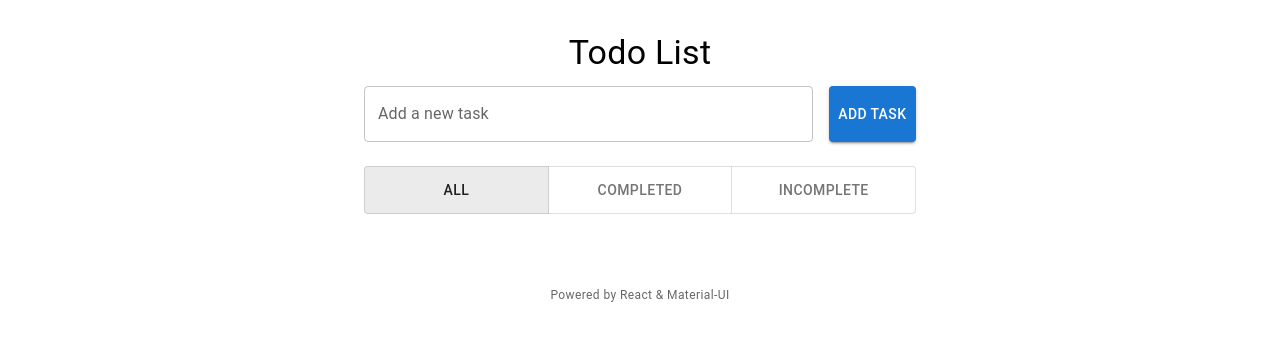
Repository: tobiaskoira/simple_web_service
Page: / (app in client/)
An editor plug-in stored every save of this project. The page is shown before and after a run of saves, followed by the edit.
The browser window is 1280 px wide. The pictures show the whole page.
The page's requests for data from a server got no answer. The project was rebuilt for these pictures with package versions that can differ from the ones it lists, and the page was loaded fresh each time. No one was signed in, and anything a server would have sent is missing.

Above is the page before, as saved 2024-12-22 23:21:44.

After the next 6 saves:
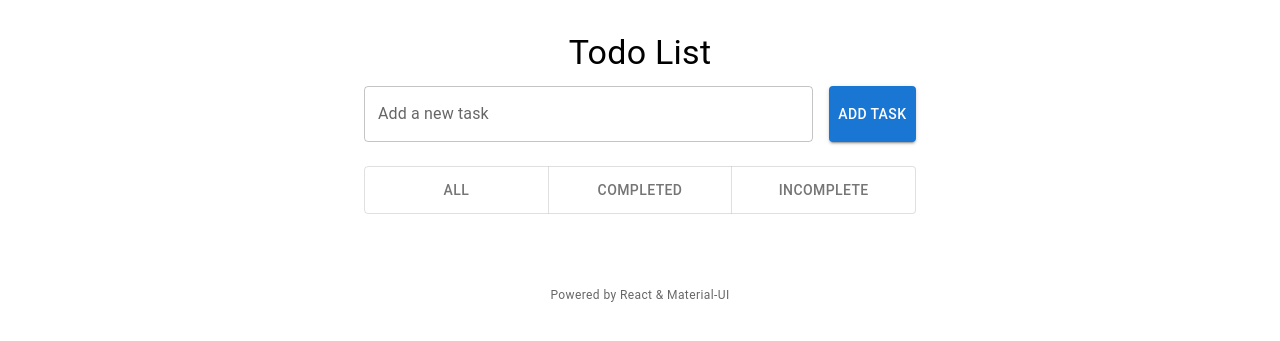
The 6 saves are shown as one change because they came seconds apart.
The last was saved 7 min 19 s later.
--- a/client/src/App.js
+++ b/client/src/App.js
@@ -99,8 +99,8 @@ const App = () => {
                 fullWidth
                 sx={{ mb: 3 }}
             >
-                <ToggleButton value="all">All</ToggleButton>
-                <ToggleButton value="completed">Completed</ToggleButton>
+                <ToggleButton value="Все">All</ToggleButton>
+                <ToggleButton value="Заве">Completed</ToggleButton>
                 <ToggleButton value="incomplete">Incomplete</ToggleButton>
             </ToggleButtonGroup>
 
